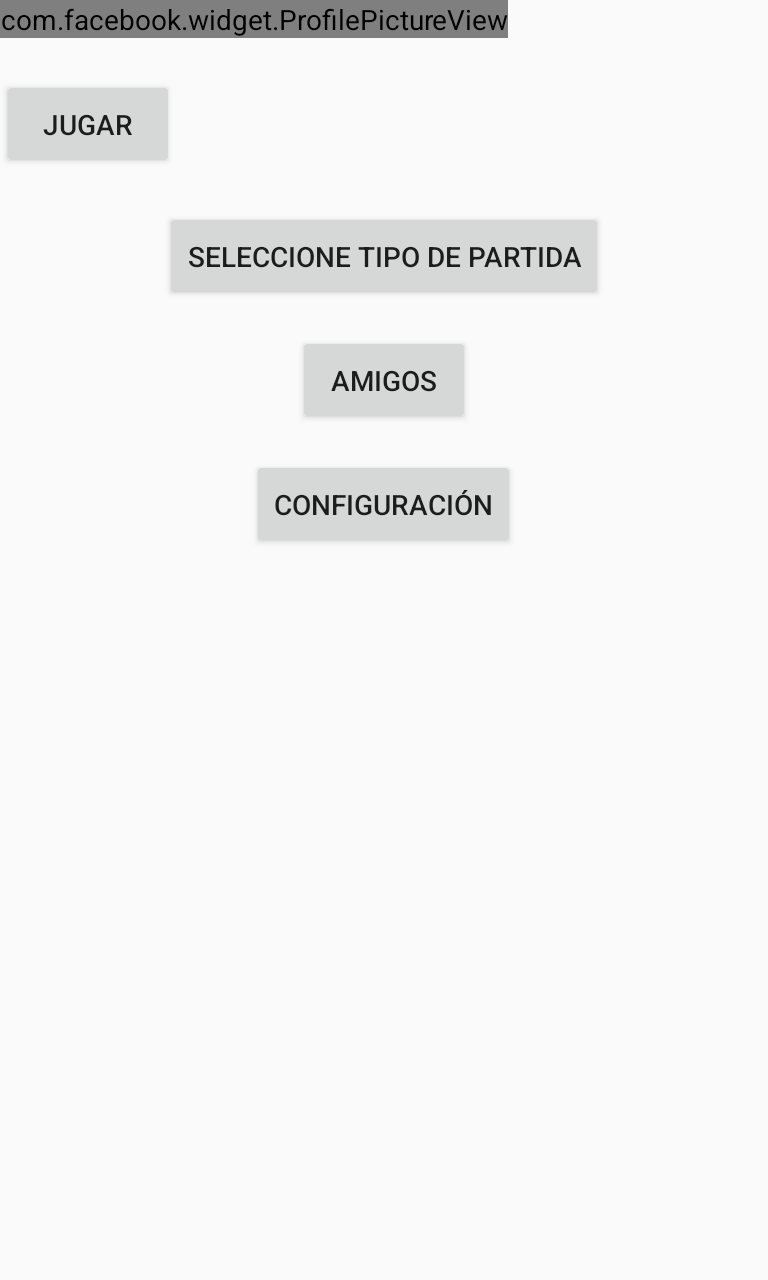
Repository: MVidi/juegos
Layout: SermoJuego/res/layout/pantallamenu.xml
These files come from the project's save history. The layout is drawn as it stood at one moment and after the next save; the edit follows.
Pictures or frames that could not be fetched are drawn as grey boxes. It is drawn on a 768 x 1280 px phone screen (xhdpi) without system bars, with theme AppTheme; the app's code is not run.

Above is the layout before, as saved 2014-08-11 16:48:12.

### SermoJuego/res/layout/pantallamenu.xml
<?xml version="1.0" encoding="utf-8"?>
<RelativeLayout xmlns:android="http://schemas.android.com/apk/res/android"
    xmlns:fb="http://schemas.android.com/apk/res-auto"
    android:layout_width="match_parent"
    android:layout_height="match_parent"
    >

    <com.facebook.widget.ProfilePictureView
        android:id="@+id/profilePictureView1"
        android:layout_width="wrap_content"
        android:layout_height="wrap_content" >
    </com.facebook.widget.ProfilePictureView>

    <Button
        android:id="@+id/configurarPM"
        android:layout_width="wrap_content"
        android:layout_height="wrap_content"
        android:layout_below="@+id/amigosPM"
        android:layout_centerHorizontal="true"
        android:layout_marginTop="14dp"
        android:text="@string/configurar" />

    <Button
        android:id="@+id/amigosPM"
        android:layout_width="wrap_content"
        android:layout_height="wrap_content"
        android:layout_below="@+id/tipopartidaPM"
        android:layout_centerHorizontal="true"
        android:layout_marginTop="14dp"
        android:text="@string/amigos" />

    <Button
        android:id="@+id/tipopartidaPM"
        android:layout_width="wrap_content"
        android:layout_height="wrap_content"
        android:layout_below="@+id/jugarPM"
        android:layout_centerHorizontal="true"
        android:layout_marginTop="18dp"
        android:text="@string/tipopartida" />

    <Button
        android:id="@+id/jugarPM"
        android:layout_width="wrap_content"
        android:layout_height="wrap_content"
        android:layout_alignParentTop="true"
        android:layout_marginTop="38dp"
        android:onClick="empezarJuego"
        android:text="@string/jugar" />



</RelativeLayout>
 <LinearLayout
        android:layout_width="wrap_content"
        android:layout_height="wrap_content"
        android:orientation="vertical" >

        <com.facebook.widget.LoginButton
            android:id="@+id/loginButton1"
            android:layout_width="wrap_content"
            android:layout_height="wrap_content"
            android:layout_marginTop="19dp"
            android:text="@string/registrate"
            fb:logout_text="Connecting with facebook" />
    </LinearLayout>

### SermoJuego/res/values/strings.xml
<?xml version="1.0" encoding="utf-8"?>
<resources>

    <string name="app_name">SERMO</string>
    <string name="hello_world">Hello world!</string>
    <string name="juego">¡Bienvenido a SERMO !</string>
    <string name="action_settings">Settings</string>
  	<string name="Usuario">Nombre de usuario</string>
  	<string name="Contrasena">Contraseña</string>
  	<string name="Aceptar">Aceptar</string>
  	<string name="Invitado">Invitado</string>
  	<string name="nuevoUsuario">Nuevo Usuario</string>
  	<string name="jugar">jugar</string>
  	<string name="amigos">Amigos</string>
  	<string name="configurar">Configuración</string>
  	<string name="tipopartida">Seleccione tipo de partida</string>
  	<string name="registrate">Usa tu usuario de facebook</string>
</resources>

Loaded but not shown: SermoJuego/res/values/styles.xml (common file); SermoJuego/res/values-v11/styles.xml (common file); SermoJuego/res/values-v14/styles.xml (common file)

After the next save:
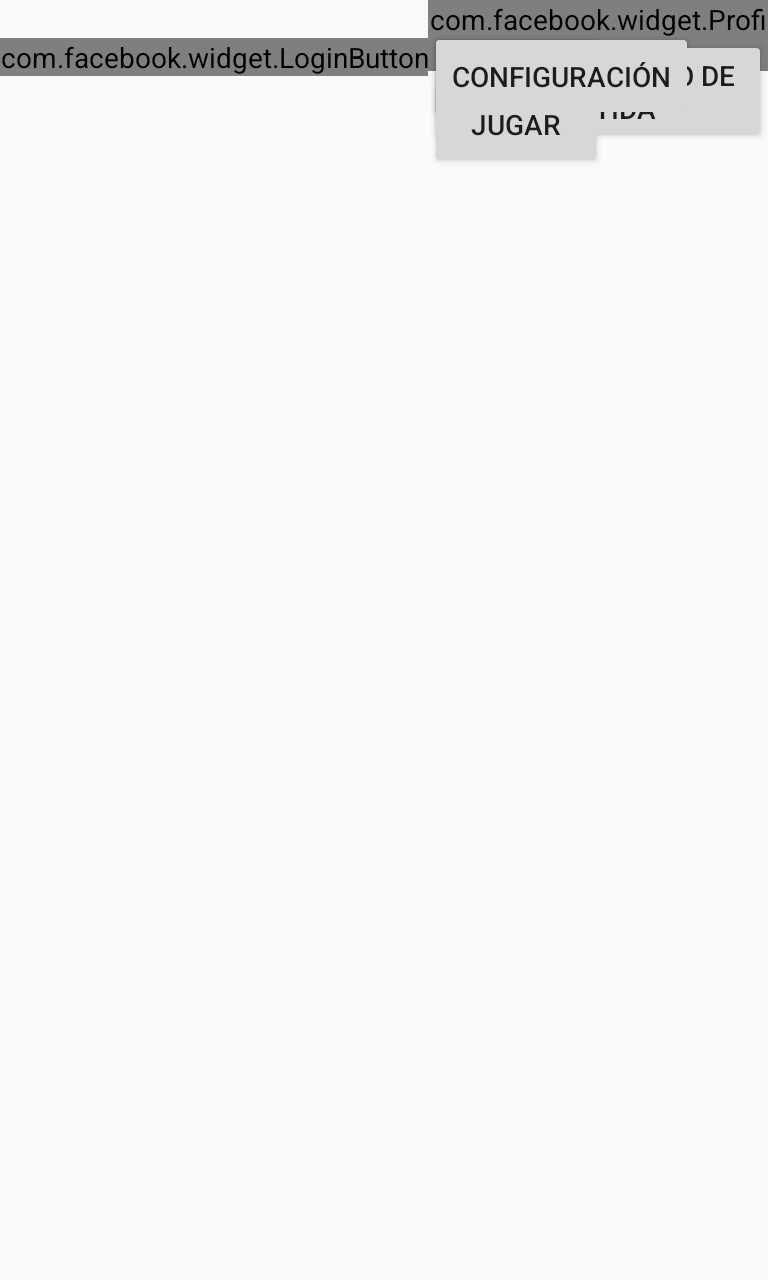
Saved 117 s later.
--- a/SermoJuego/res/layout/pantallamenu.xml
+++ b/SermoJuego/res/layout/pantallamenu.xml
@@ -1,65 +1,56 @@
 <?xml version="1.0" encoding="utf-8"?>
-<RelativeLayout xmlns:android="http://schemas.android.com/apk/res/android"
+<LinearLayout xmlns:android="http://schemas.android.com/apk/res/android"
     xmlns:fb="http://schemas.android.com/apk/res-auto"
     android:layout_width="match_parent"
     android:layout_height="match_parent"
     >
 
-    <com.facebook.widget.ProfilePictureView
-        android:id="@+id/profilePictureView1"
-        android:layout_width="wrap_content"
-        android:layout_height="wrap_content" >
-    </com.facebook.widget.ProfilePictureView>
-
-    <Button
-        android:id="@+id/configurarPM"
+    <com.facebook.widget.LoginButton
+        android:id="@+id/loginButton1"
         android:layout_width="wrap_content"
         android:layout_height="wrap_content"
-        android:layout_below="@+id/amigosPM"
-        android:layout_centerHorizontal="true"
-        android:layout_marginTop="14dp"
-        android:text="@string/configurar" />
+        android:layout_marginTop="19dp"
+        android:text="@string/registrate"
+        fb:logout_text="Connecting with facebook" />
 
-    <Button
-        android:id="@+id/amigosPM"
+    <RelativeLayout
         android:layout_width="wrap_content"
-        android:layout_height="wrap_content"
-        android:layout_below="@+id/tipopartidaPM"
-        android:layout_centerHorizontal="true"
-        android:layout_marginTop="14dp"
-        android:text="@string/amigos" />
+        android:layout_height="match_parent" >
 
-    <Button
-        android:id="@+id/tipopartidaPM"
-        android:layout_width="wrap_content"
-        android:layout_height="wrap_content"
-        android:layout_below="@+id/jugarPM"
-        android:layout_centerHorizontal="true"
-        android:layout_marginTop="18dp"
-        android:text="@string/tipopartida" />
-
-    <Button
-        android:id="@+id/jugarPM"
-        android:layout_width="wrap_content"
-        android:layout_height="wrap_content"
-        android:layout_alignParentTop="true"
-        android:layout_marginTop="38dp"
-        android:onClick="empezarJuego"
-        android:text="@string/jugar" />
-
-
-
-</RelativeLayout>
- <LinearLayout
-        android:layout_width="wrap_content"
-        android:layout_height="wrap_content"
-        android:orientation="vertical" >
-
-        <com.facebook.widget.LoginButton
-            android:id="@+id/loginButton1"
+        <Button
+            android:id="@+id/tipopartidaPM"
             android:layout_width="wrap_content"
             android:layout_height="wrap_content"
-            android:layout_marginTop="19dp"
-            android:text="@string/registrate"
-            fb:logout_text="Connecting with facebook" />
-    </LinearLayout>
+            android:layout_marginTop="18dp"
+            android:text="@string/tipopartida" />
+
+        <Button
+            android:id="@+id/amigosPM"
+            android:layout_width="wrap_content"
+            android:layout_height="wrap_content"
+            android:layout_marginTop="14dp"
+            android:text="@string/amigos" />
+
+        <Button
+            android:id="@+id/jugarPM"
+            android:layout_width="wrap_content"
+            android:layout_height="wrap_content"
+            android:layout_marginTop="38dp"
+            android:onClick="empezarJuego"
+            android:text="@string/jugar" />
+
+        <Button
+            android:id="@+id/configurarPM"
+            android:layout_width="wrap_content"
+            android:layout_height="wrap_content"
+            android:layout_marginTop="14dp"
+            android:text="@string/configurar" />
+
+        <com.facebook.widget.ProfilePictureView
+            android:id="@+id/profilePictureView1"
+            android:layout_width="wrap_content"
+            android:layout_height="wrap_content" >
+        </com.facebook.widget.ProfilePictureView>
+    </RelativeLayout>
+
+</LinearLayout>
